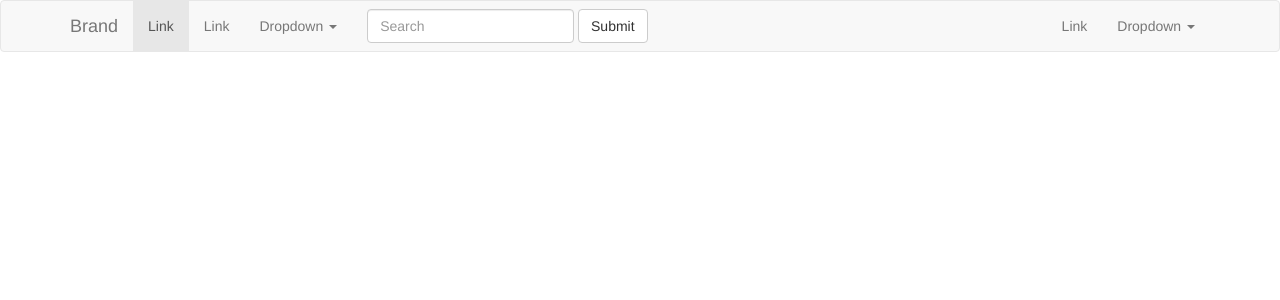
Repository: neoighodaro-articles/migrating-to-laravel
Page: http://localhost/pages/home.php?rel=add
An editor plug-in stored every save of this project. The page is shown before and after the next save, followed by the edit.
The browser window is 1280 px wide. The pictures show the whole page.
The page is run by PHP 8.4 with error messages shown; the project is at /var/www/html/.

Above is the page before, as saved 2018-06-12 19:58:54.

After the next save:
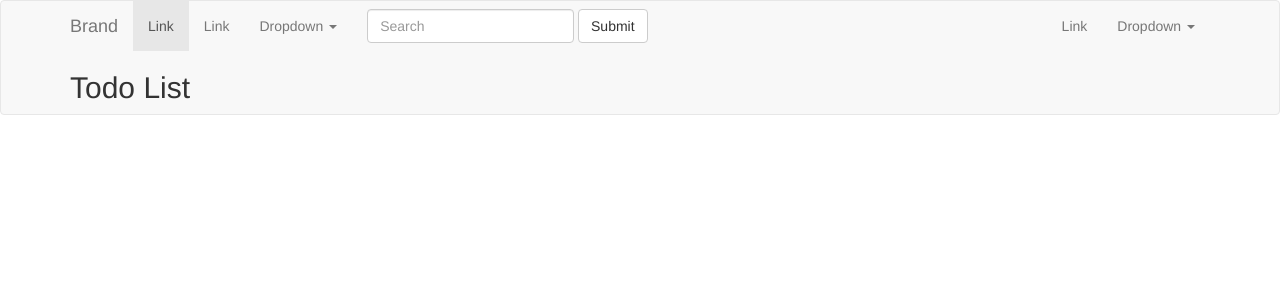
Saved 9 s later.
--- a/vanilla/pages/home.php
+++ b/vanilla/pages/home.php
@@ -62,6 +62,7 @@
   </div><!-- /.container-fluid -->
 
   <div class="container">
+    <h2>Todo List</h2>
   </div>
 </nav>
 </body>
